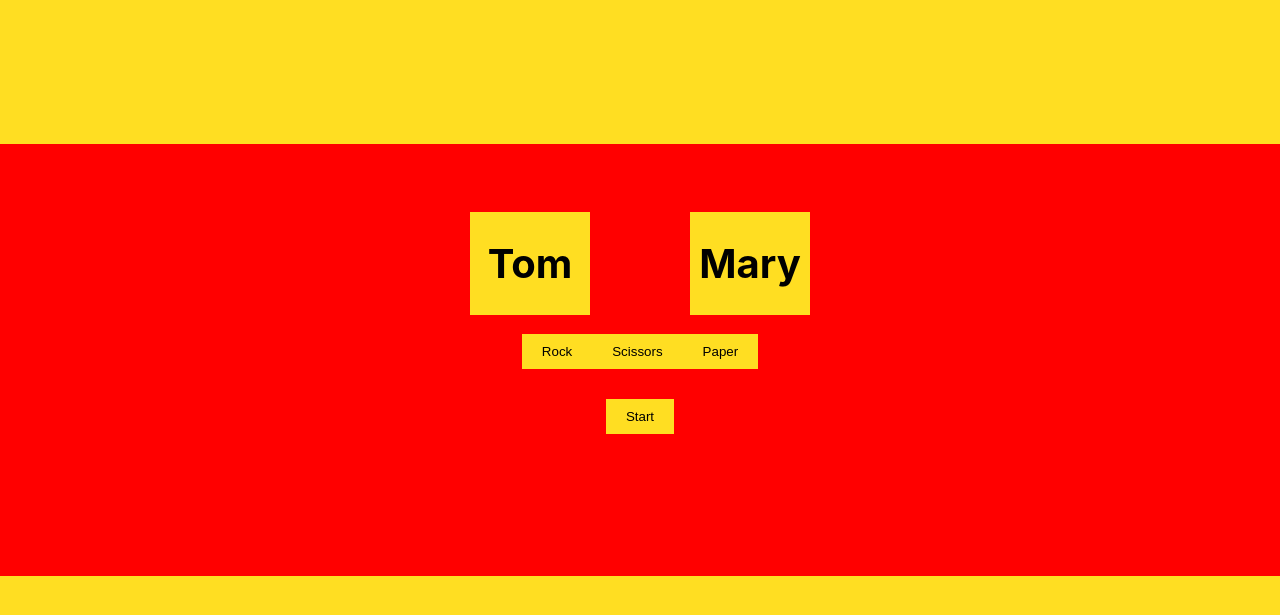
Repository: K009/Rock-Paper-Scissors
Page: /
These files come from the project's save history. The page is drawn as it stood at one moment and after the next save; the edit follows.
The browser window is 1280 px wide. The pictures show the whole page.
The project was rebuilt for these pictures with package versions that can differ from the ones it lists, and the page was loaded fresh each time.

Above is the page before, as saved 2020-05-13 10:22:49.

### src/App.js
import React, { Component } from "react";
import "./App.css";
import Player from "./components/Player";
import rock from "./components/img/rock.png";

const weapon = ["rock", "paper", "scissors"];

class App extends Component {
  constructor() {
    super();
    this.state = {
      playerOne: weapon[0],
      playerTwo: weapon[0],
      winner: "",
    };
    this.state = { counter: 0 };
  }

  startGame = () => {
    let counter = 0;
    let gameInterval = setInterval(() => {
      //to make a delay
      counter++;
      console.log(counter);
      this.setState({
        playerTwo: weapon[Math.floor(Math.random() * weapon.length)],
        winner: "",
      });
      if (counter > 5) {
        clearInterval(gameInterval);
        this.setState({
          winner: this.selectWinner(),
        });
      }
    }, 100);
  };

  selectWinner = () => {
    const { playerOne, playerTwo } = this.state;
    console.log("Player One: " + playerOne + "Player Two: " + playerTwo);
    if (playerOne === playerTwo) {
      console.log("It's a tie");
      return "It's a tie";
    } else if (
      (playerOne === "rock" && playerTwo === "scissors") ||
      (playerOne === "paper" && playerTwo === "rock") ||
      (playerOne === "scissors" && playerTwo === "paper")
    ) {
      return "Player one wins!";
    } else {
      return "Player two wins!";
    }
  };

  selectWeapon = (weapon) => {
    //in argument it gets a value that is going to be set for playerOne
    this.setState({
      playerOne: weapon, //here it gets changed
      winner: "", //winner without any changes - still ""
    });
  };

  increment() {
    this.setState({
      counter: this.state.counter + 1,
    });
  }

  render() {
    const { playerOne, playerTwo, winner } = this.state;
    return (
      <div className="App">
        <div className="Header" />
        <div className="Main-part">
          <div className="Players">
            <Player playerName="Tom" weapon={playerOne} />
            <div className="break"> </div>
            <Player playerName="Mary" weapon={playerTwo} />
          </div>
          <div className="buttons">
            <button
              className="weapon"
              onClick={() => this.selectWeapon("rock")}
            >
              Rock
            </button>
            <button
              className="weapon"
              onClick={() => this.selectWeapon("scissors")}
            >
              Scissors
            </button>
            <button
              className="weapon"
              onClick={() => this.selectWeapon("paper")}
            >
              Paper
            </button>
          </div>
          <div className="winner">{winner ? this.selectWinner() : null}</div>
          <button className="weapon" onClick={this.startGame}>
            Start
          </button>
        </div>
        <footer />
      </div>
    );
  }
}

export default App;

### src/App.css
.Header {
  min-height: 20vh;
  text-align: center;
  justify-content: space-around;
  background-color: #ffde22;
  display: flex;
  flex-wrap: wrap;
}

.Main-part {
  background-color: red;
  min-height: 60vh;
  text-align: center;
}

.Players {
  text-align: center;
  display: inline-block;
}

.break {
  width: 100px;
  min-height: 20vh;
  background-color: red;
  float: left;
}

.weapon {
  background: #ffde22;
  margin-top: 15px;
  border: none;
  padding: 10px 20px;
  color: black;
}

.weapon:hover {
  background: #ecce20;
  cursor: pointer;
}

.winner {
  color: #ffde22;
  font-size: 20px;
  margin-top: 15px;
}

footer {
  min-height: 20vh;
  background-color: #ffde22;
  width: 100%;
  position: absolute;
  left: 0;
  bottom: 0;
}

### src/components/Player.js
import React from "react";
import style from "./player.module.css";

const Player = ({ playerName }) => {
  return (
    <div className={style.player}>
      <h1>{playerName}</h1>
    </div>
  );
};

export default Player;

### src/components/player.module.css
.player {
  background-color: #ffde22;
  font-size: 20px;
  text-align: center;
  width: 120px;
  float: left;
  margin-top: 20%;
}

Loaded but not shown: public/index.html (common file); src/index.js (common file); src/index.css (common file); src/serviceWorker.js (common file)

After the next save:
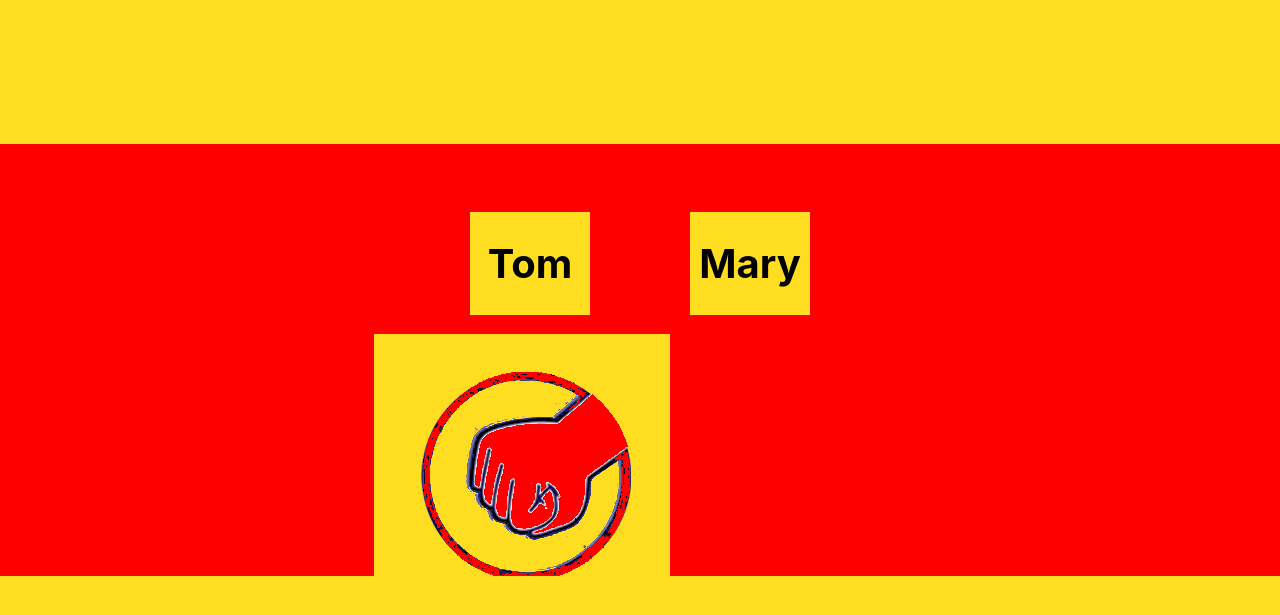
Saved 62 s later.
--- a/src/App.js
+++ b/src/App.js
@@ -78,6 +78,12 @@ class App extends Component {
             <Player playerName="Mary" weapon={playerTwo} />
           </div>
           <div className="buttons">
+            <img
+              className="weapon"
+              src={rock}
+              onClick={() => this.selectWeapon("rock")}
+              alt="Rock"
+            />
             <button
               className="weapon"
               onClick={() => this.selectWeapon("rock")}
